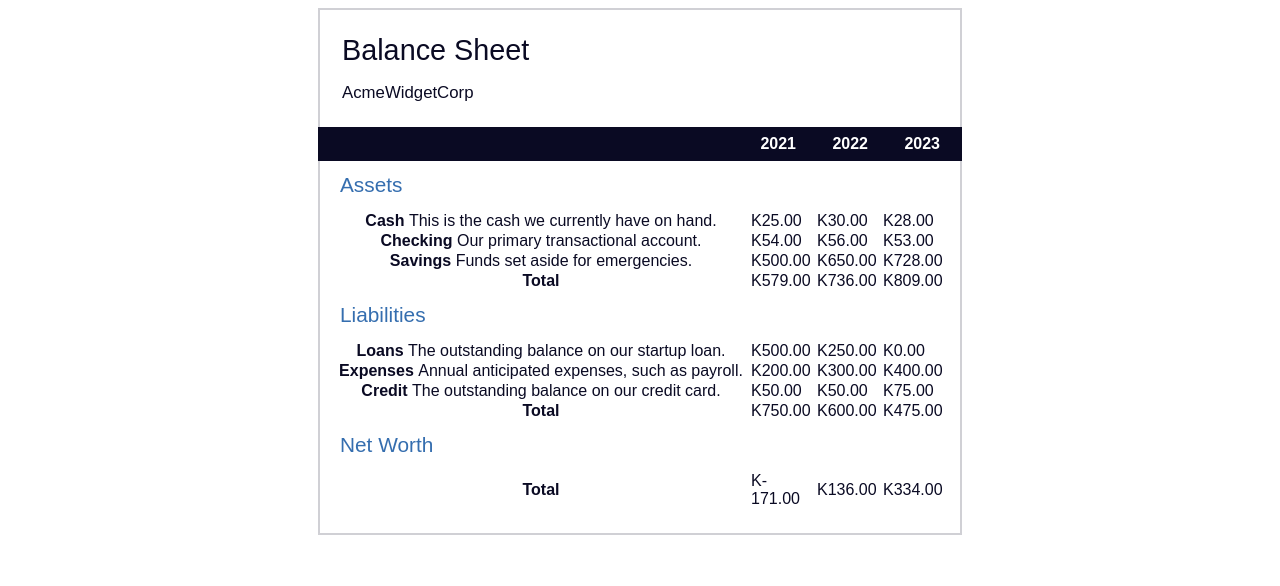
Repository: Lungdjos/balance_shee
Page: index.html
The author's editor kept a copy of each file at every save. The page is drawn from the files as they stood at one save, then again after the next save.
The browser window is 1280 px wide. The pictures show the whole page.

Above is the page before, as saved 2023-11-04 23:05:24.

After the next save:
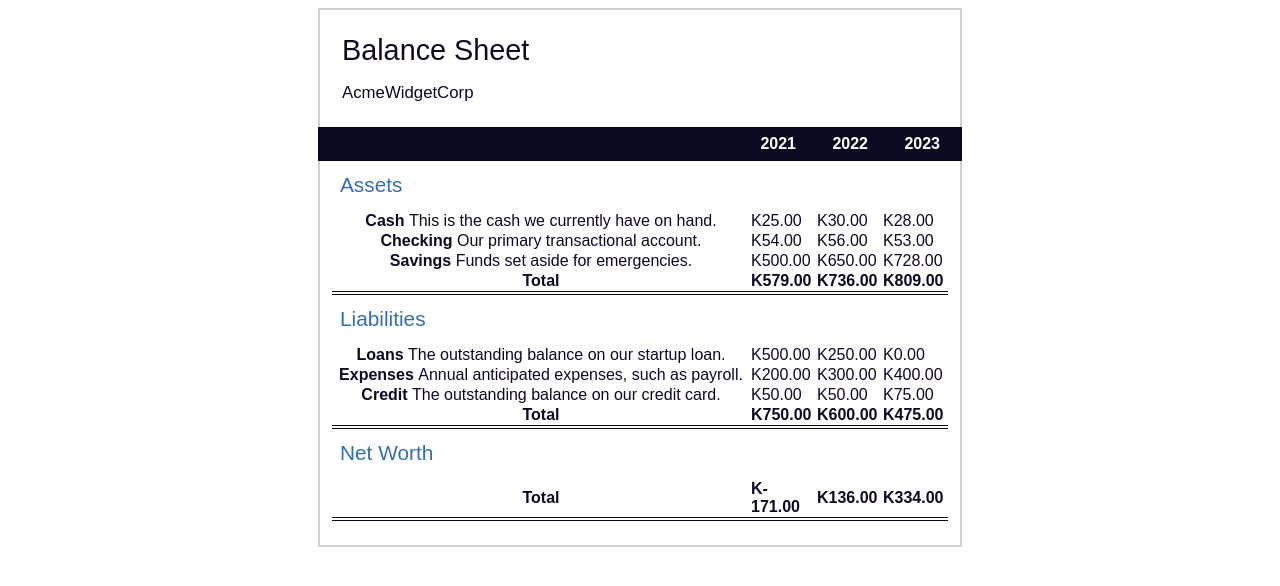
Saved 3 min 37 s later.
--- a/styles.css
+++ b/styles.css
@@ -102,3 +102,8 @@
         max-width: 4rem;
         min-width: 4rem;
     }
+
+    tr[class="total"] {
+        border-bottom: 4px double #0a0a23;
+        font-weight: bold;
+    }
